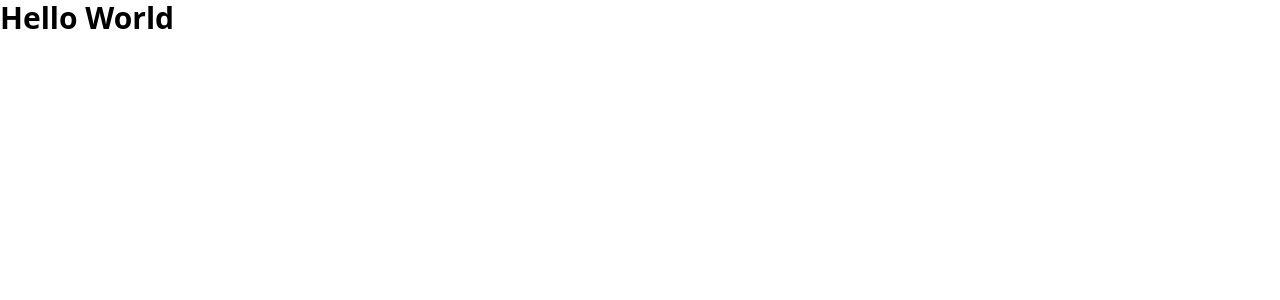
Repository: mohamed-arab1/CRM
Page: /
The author's editor kept a copy of each file at every save. The page is drawn from the files as they stood at one save, then again after a run of saves.
The browser window is 1280 px wide. The pictures show the whole page.
The project was rebuilt for these pictures with package versions that can differ from the ones it lists, and the page was loaded fresh each time. Also part of the build but not shown: vite.config.js.

Above is the page before, as saved 2025-02-17 21:34:20.

After the next 3 saves:
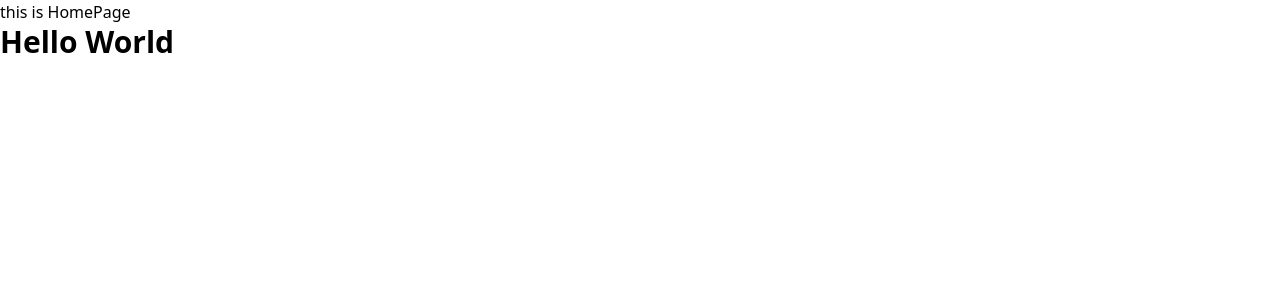
The 3 saves are shown as one change because they came seconds apart.
The last was saved 9 s later.
--- a/src/Pages/HomePage.jsx
+++ b/src/Pages/HomePage.jsx
@@ -1,7 +1,7 @@
 function HomePage() {
     return (
         <div>
-
+            <h1> this is HomePage</h1>
         </div>
     )
 }
